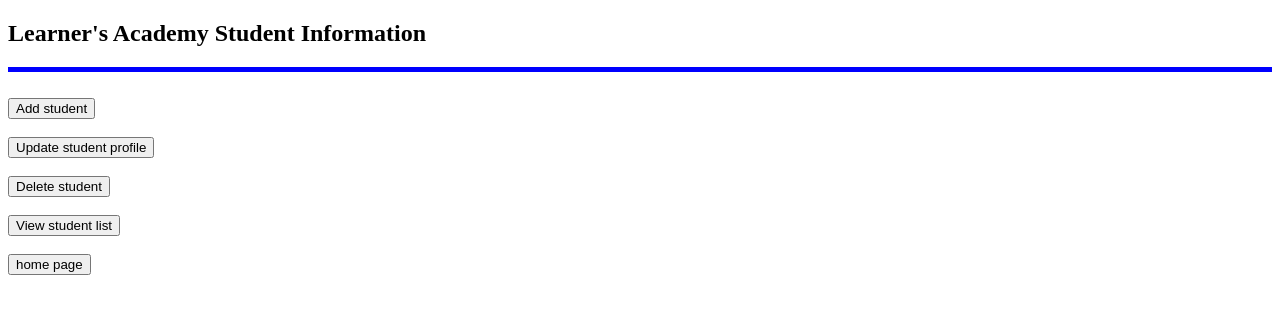
Repository: anithagnana123/Simplilearn_Phase2_project
Page: phase2-project/src/main/webapp/delstudent.html
An editor plug-in stored every save of this project. The page is shown before and after the next save, followed by the edit.
The browser window is 1280 px wide. The pictures show the whole page.

Above is the page before, as saved 2022-10-21 07:36:30.

### phase2-project/src/main/webapp/delstudent.html
<!DOCTYPE html>
<html>
<head>
<meta charset="ISO-8859-1">
<title>learners-academy-student-info</title>
</head>
<body>
<h2>Learner's Academy Student Information</h2>
<hr color="blue" size ="5"/>

<form method="get" action="/phase2-project/addstudent">
    <br> <input type='submit' value='Add student'/>
</form>

<form method="get" action="/phase2-project/updatestudent">
    <br> <input type='submit' value='Update student profile'/>
</form>

<form method="get" action="/phase2-project/deletestudent">
    <br> <input type='submit' value='Delete student'/>
</form>

<form method="get" action="/phase2-project/viewstudent.jsp">
    <br> <input type='submit' value='View student list'/>
    <br> <input type='hidden' name='operation' value='viewstudent'/>
</form>

<form method="get" action="/phase2-project/welcome">
    <br> <input type='submit' value='home page'/>
</form>

</body>
</html>

After the next save:
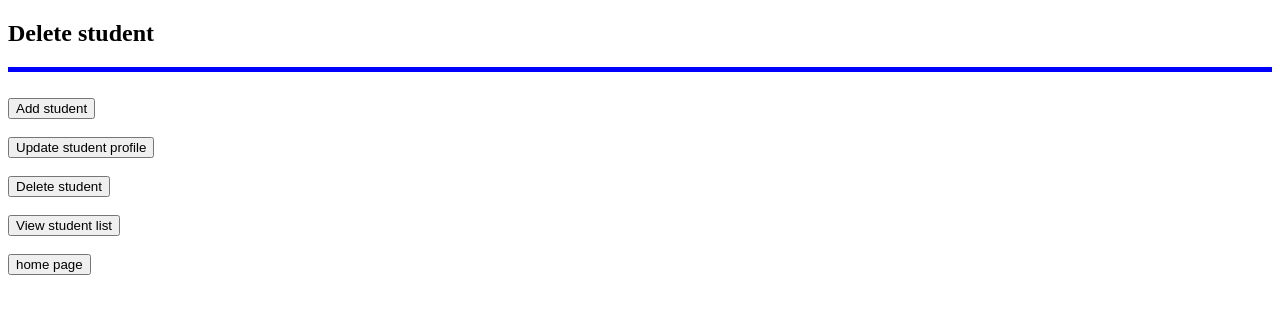
Saved 11 min 34 s later.
--- a/phase2-project/src/main/webapp/delstudent.html
+++ b/phase2-project/src/main/webapp/delstudent.html
@@ -5,7 +5,7 @@
 <title>learners-academy-student-info</title>
 </head>
 <body>
-<h2>Learner's Academy Student Information</h2>
+<h2>Delete student</h2>
 <hr color="blue" size ="5"/>
 
 <form method="get" action="/phase2-project/addstudent">
